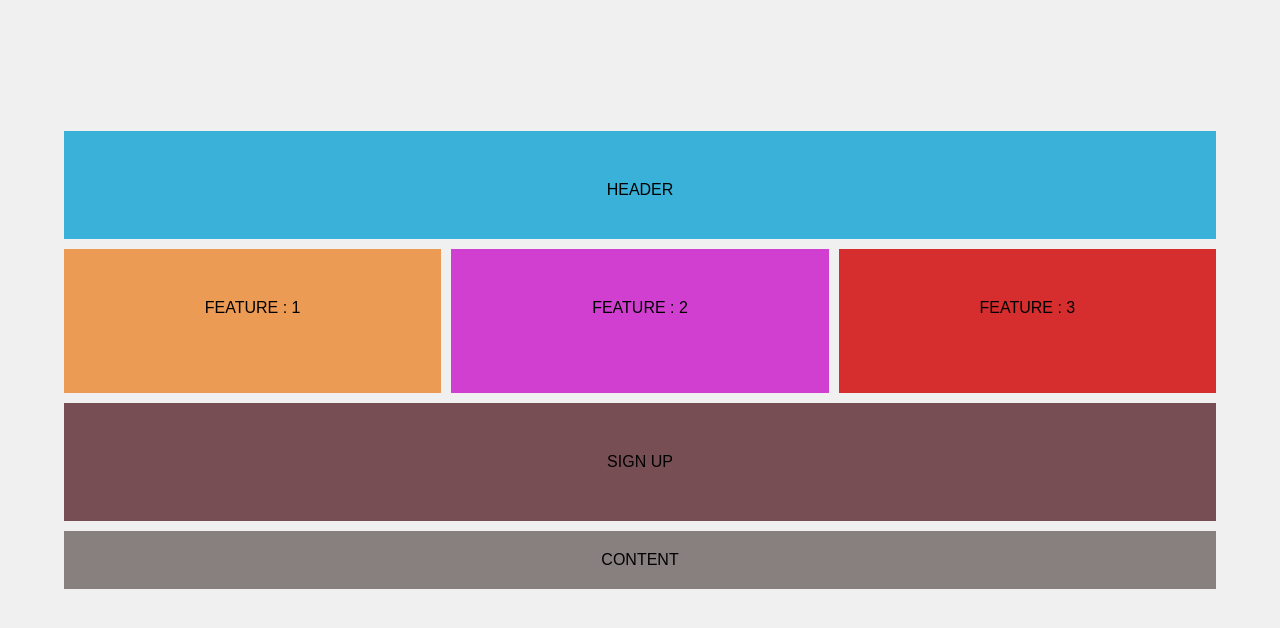
Repository: viveknaidu007/repo-152-FSD-InnomaticsTasksSep2024
Page: task_3/index.html
An editor plug-in stored every save of this project. The page is shown before and after a run of saves, followed by the edit.
The browser window is 1280 px wide. The pictures show the whole page.

Above is the page before, as saved 2024-10-02 11:46:17.

### task_3/index.html
<!DOCTYPE html>
<html lang="en">
<head>
  <meta charset="UTF-8">
  <meta name="viewport" content="width=device-width, initial-scale=1.0">
  <title>Responsive Layout project</title>
  <link rel="stylesheet" href="styles.css">
</head>
<body>
  <div class="container">
    <header class="header">HEADER</header>
    <div class="content">CONTENT</div>
    <div class="signup">SIGN UP</div>
    <div class="feature1">FEATURE : 1</div>
    <div class="feature2">FEATURE : 2</div>
    <div class="feature3">FEATURE : 3</div>
  </div>
</body>
</html>

### task_3/styles.css
* {
    margin: 0;
    padding: 0;
    box-sizing: border-box;
  }

  body {
    font-family: Arial, sans-serif;
    display: flex;
    justify-content: center;
    align-items: center;
    height: 100vh;
    background-color: #f0f0f0;
  }

  .header {
    grid-area: header;
    background-color: #3ab1d9;
    text-align: center;
    padding: 50px;
    position: static;
    height: 15vh;
  }

  .content {
    grid-area: content;
    background-color: #887f7f;
    text-align: center;
    padding: 20px;
  }

  .signup {
    grid-area: signup;
    background-color: #764e54;
    text-align: center;
    padding: 50px;
    text-decoration: solid;
  }


  .feature1 {
    background-color: #ec9b55;
    height:20vh;
    text-align: center;
    padding: 50px;
  }

  .feature2 {
    background-color: #d03fd0;
    height:20vh;
    padding: 50px;
    text-align: center;
  }

  .feature3 {
    background-color: #d62e2e;
    padding: 50px;
    text-align: center;
  }


  .container {
    display: grid;
    grid-template-areas:
      "header"
      "content"
      "signup"
      "feature1"
      "feature2"
      "feature3";
    grid-template-columns: 1fr;
    gap: 10px;
    width: 90%;
    max-width: 1200px;
  }


  @media(min-width: 768px) {
    .container {
      grid-template-areas:
        "header header"
        "content content"
        "signup feature1"
        "feature2 feature3";
      grid-template-columns: 1fr 1fr;
    }
  }

  @media(min-width: 1024px) {
    .container {
      grid-template-areas:
        "header header header"
        "feature1 feature2 feature3"
        "signup signup signup"
        "content content content";
      grid-template-columns: repeat(3, 1fr);
    }
  }

After the next 3 saves:
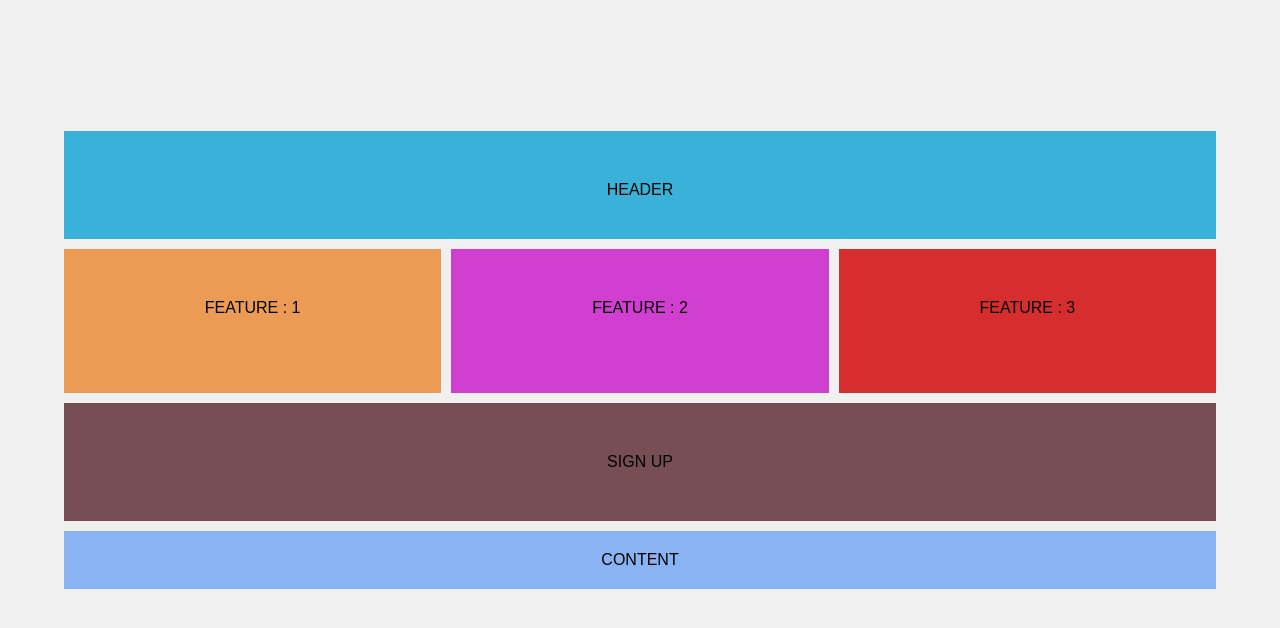
The 3 saves are shown as one change because they came seconds apart.
The last was saved 4 min 35 s later.
--- a/task_3/styles.css
+++ b/task_3/styles.css
@@ -24,7 +24,7 @@
 
   .content {
     grid-area: content;
-    background-color: #887f7f;
+    background-color: #89b3f3;
     text-align: center;
     padding: 20px;
   }
